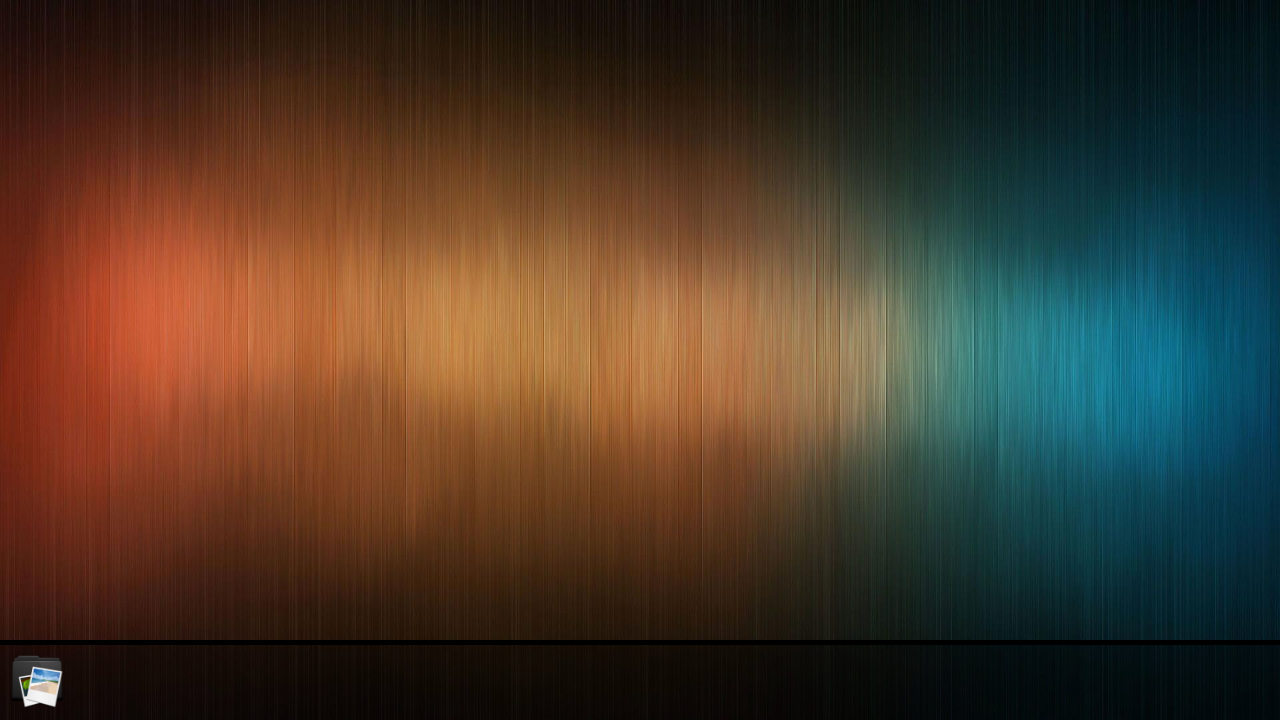
Repository: lw222gz/1dv403-laborationer-lw222gz
Page: 5-pwd/index.html
The author's editor kept a record of every edit. The page is drawn from the files as they stood at one moment, then again after the next edit.
The browser window is 1280 px wide. The pictures show the whole page.

Above is the page before.

After the next edit:
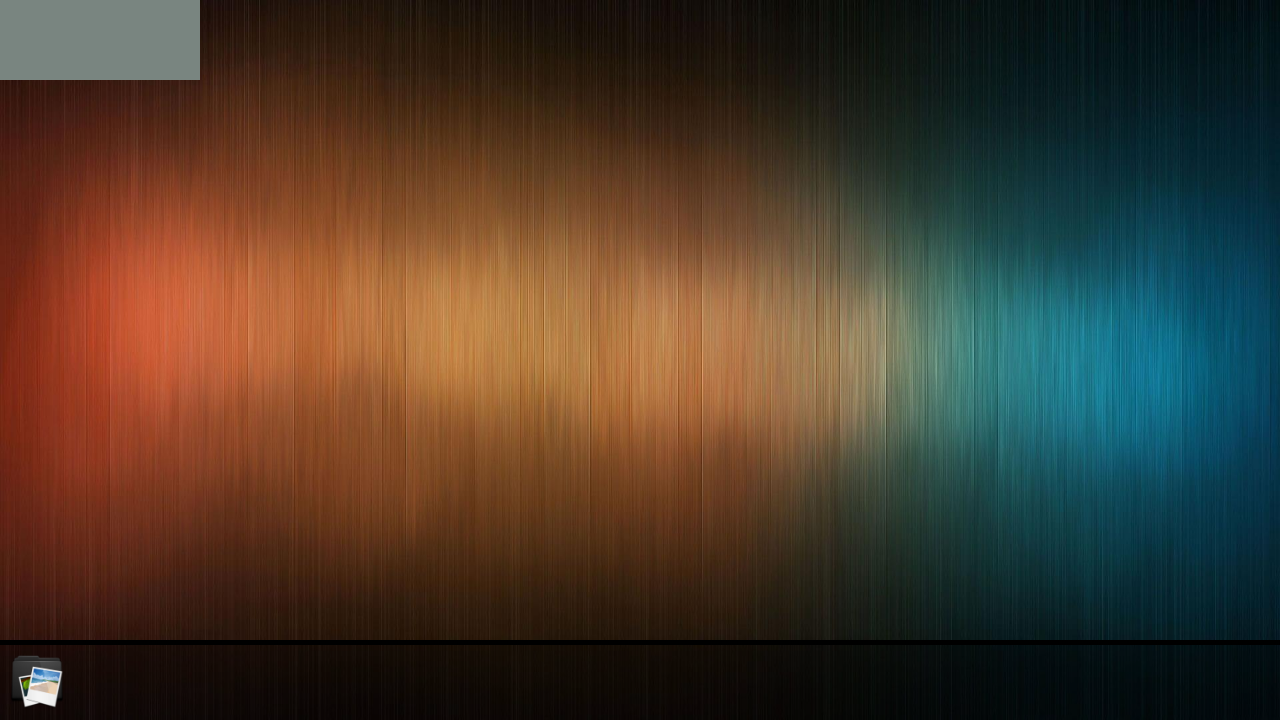
The edit:
--- a/5-pwd/index.html
+++ b/5-pwd/index.html
@@ -7,7 +7,7 @@
     </head>
     <body>
         <div id="container">
-            <div id="picWindow"></div>
+            <div id="pictureBox"></div>
             <footer><img Id="PicFooter" src="Pics/PictureFolder.png" alt="Picture of a folkder with some small pictures" /></footer>
         </div>
         <script src="desktop.js"></script>
